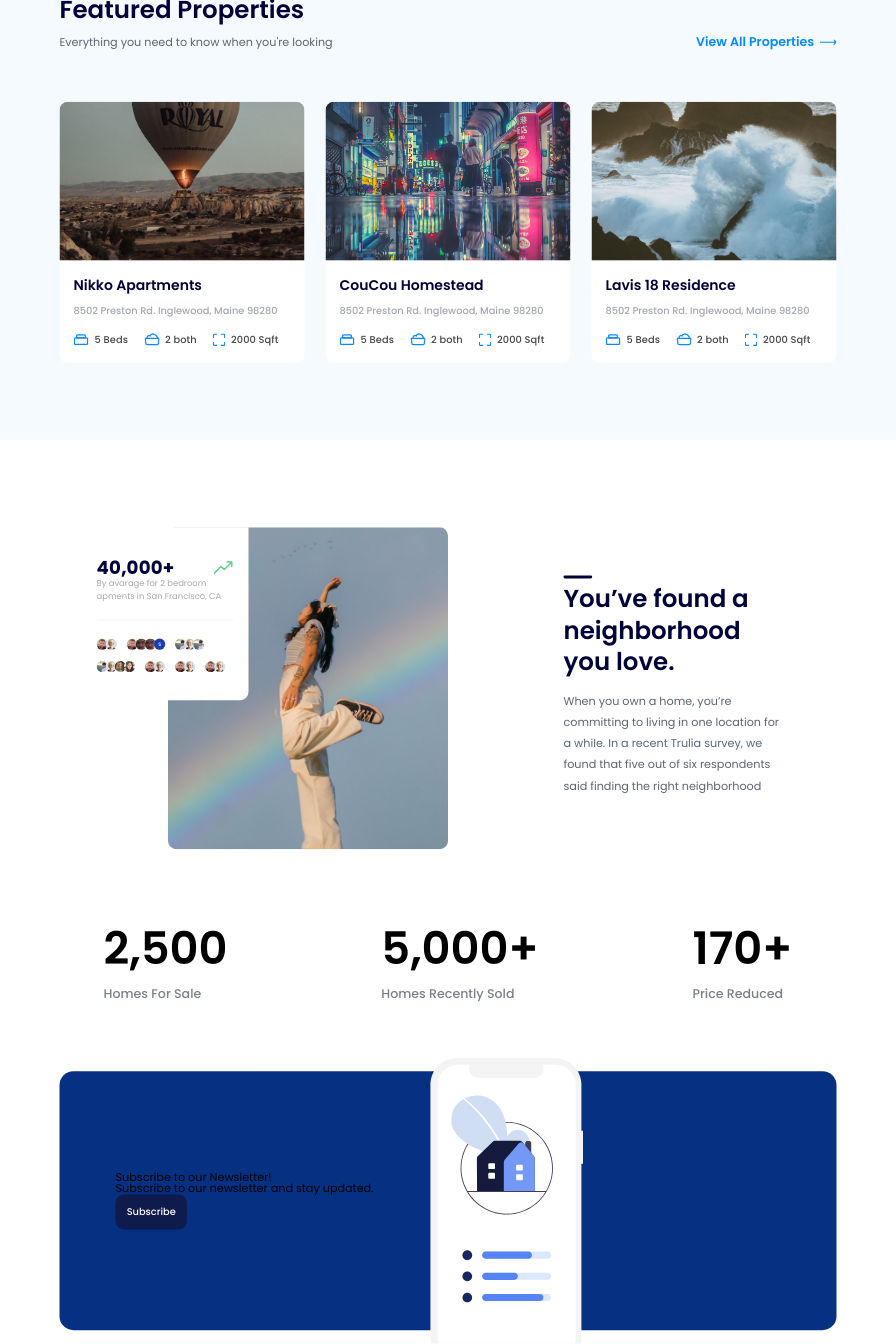
Repository: Tctiensk/f8-htmlcss-01
Page: index.html
The author's editor kept a copy of each file at every save. The page is drawn from the files as they stood at one save, then again after the next save.
The browser window is 1280 px wide. The pictures show the part of the page from y = 1885 to 3805 px (the page is 3805 px tall), at 70% of full size.

Above is the page before, as saved 2022-12-12 14:18:13.

### index.html
<!DOCTYPE html>
<html lang="en">
    <head>
        <meta charset="UTF-8" />
        <meta http-equiv="X-UA-Compatible" content="IE=edge" />
        <meta name="viewport" content="width=device-width, initial-scale=1.0" />
        <title>F8 PROJECT 01</title>
        <link rel="stylesheet" href="./assets/css/reset.css" />
        <link rel="stylesheet" href="./assets/fonts/stylesheet.css" />
        <link rel="stylesheet" href="./assets/css/style.css" />
    </head>

    <body>
        <main style="height: 3000px">
            <!-- header -->
            <header class="header">
                <div class="content">
                    <nav class="navbar">
                        <!-- logo -->
                        <img src="./assets/img/Logo.svg" alt="Besnik." />
                        <!-- navigation -->
                        <ul>
                            <li><a href="#!">Home</a></li>
                            <li><a href="#!">Features</a></li>
                            <li><a href="#!">Services</a></li>
                            <li><a href="#!">Resources</a></li>
                            <li><a href="#!">Contact</a></li>
                        </ul>

                        <!-- action -->
                        <div class="action">
                            <a href="" class="action-link">Sign in </a>
                            <a href="" class="btn action-btn">Sign up </a>
                        </div>
                    </nav>

                    <div class="hero">
                        <div class="info">
                            <p class="sub-title">Welcome to Besnik Agency</p>
                            <h1 class="title">
                                Discover a place you'll love to live.
                            </h1>
                            <p class="desc">
                                Get the best real estate deals first, before
                                they hit the mass market! HOT FORECLOSURE DEALS
                                with one simple search.
                            </p>
                            <a href="#!" class="btn hero-cta">More About Us</a>
                        </div>
                        <img
                            src="./assets/img/house illustration.svg"
                            alt="Discover a place you'll love to live."
                            class="hero-img"
                        />
                    </div>
                </div>
            </header>
            <div class="clients">
                <div class="content">
                    <div class="row">
                        <!-- logo -->
                        <img src="./assets/img/Logo.svg" alt="Besnik." />

                        <!-- Stars -->
                        <div class="stars">
                            <img src="./assets/img/Vector.svg" alt="Star" />
                            <img src="./assets/img/Vector.svg" alt="Star" />
                            <img src="./assets/img/Vector.svg" alt="Star" />
                            <img src="./assets/img/Vector.svg" alt="Star" />
                            <img src="./assets/img/Vector.svg" alt="Star" />
                        </div>
                    </div>
                    <div class="row row-desc">
                        <p class="desc">
                            More than 45,000+ companies trust besnik
                        </p>
                        <p class="desc">5 Star Ratings (2k+ Review)</p>
                    </div>
                    <div class="images">
                        <img src="./assets/img/logo2.svg" alt="MeUndies" />
                        <img src="./assets/img/slack.svg" alt="slack" />
                        <img src="./assets/img/Union.svg" alt="amazon" />
                        <img src="./assets/img/commerce.svg" alt="commerce" />
                        <img src="./assets/img/sitepoint.svg" alt="sitepoint" />
                    </div>
                </div>
            </div>
            <!-- Guides -->
            <div class="guides">
                <div class="content">
                    <h2 class="sub-title">How its works?</h2>
                    <p class="desc">
                        Everything you need to know when you're looking to buy,
                        rent, or sell - all in one place.
                    </p>

                    <!-- === list guides ===== -->
                    <ul class="list-guides">
                        <li class="guide-item">
                            <img
                                src="./assets/img/bier.svg"
                                alt="buyer"
                                class="icon"
                            />
                            <h3 class="title">Buyer Guides</h3>
                            <a href="#!" class="link">
                                <span>How to buy</span>
                                <img
                                    src="./assets/img/arow.svg"
                                    alt="arrow right"
                                    class="arrow"
                                />
                            </a>
                        </li>
                        <li class="guide-item">
                            <img
                                src="./assets/img/render.svg"
                                alt="Renter Guides"
                                class="icon"
                            />
                            <h3 class="title">Renter Guides</h3>
                            <a href="#!" class="link">
                                <span>How to rent</span>
                                <img
                                    src="./assets/img/arow.svg"
                                    alt="arrow right"
                                    class="arrow"
                                />
                            </a>
                        </li>
                        <li class="guide-item">
                            <img
                                src="./assets/img/home.svg"
                                alt="Seller Guides"
                                class="icon"
                            />
                            <h3 class="title">Seller Guides</h3>
                            <a href="#!" class="link">
                                <span>How to sell</span>
                                <img
                                    src="./assets/img/arow.svg"
                                    alt="arrow right"
                                    class="arrow"
                                />
                            </a>
                        </li>
                    </ul>

                    <div class="guides-cta">
                        <a href="#!" class="btn">Sell Full Guidelines</a>
                    </div>
                </div>
            </div>

            <!-- ==== featured ===== -->
            <div class="featured">
                <div class="content">
                    <header>
                        <h2 class="sub-title">Featured Properties</h2>
                        <div class="row">
                            <p class="desc">
                                Everything you need to know when you're looking
                            </p>
                            <a href="#!" class="link">
                                <span>View All Properties</span>
                                <img
                                    src="./assets/img/arow.svg"
                                    alt="arrow right"
                                    class="arrow"
                                />
                            </a>
                        </div>
                    </header>

                    <div class="list">
                        <!-- ==== featured-1 ===== -->
                        <div class="item">
                            <a href="#!">
                                <img
                                    src="./assets/img/mesut-cicen-fzzh7qhUOMI-unsplash.jpg"
                                    alt="Nikko Apartments"
                                    class="thumb"
                                />
                            </a>
                            <div class="body">
                                <h3 class="title">
                                    <a href="#!">Nikko Apartments</a>
                                </h3>
                                <p class="desc">
                                    8502 Preston Rd. Inglewood, Maine 98280
                                </p>
                                <div class="info">
                                    <img
                                        src="./assets/img/icon-1.svg"
                                        alt=""
                                        class="icon"
                                    />
                                    <span class="lable">5 Beds</span>
                                    <img
                                        src="./assets/img/icon-2.svg"
                                        alt=""
                                        class="icon"
                                    />
                                    <span class="lable">2 both</span>
                                    <img
                                        src="./assets/img/icon-3.svg"
                                        alt=""
                                        class="icon"
                                    />
                                    <span class="lable">2000 Sqft</span>
                                </div>
                            </div>
                        </div>
                        <!-- ==== featured-2 ===== -->
                        <div class="item">
                            <a href="#!">
                                <img
                                    src="./assets/img/size-2.jpg"
                                    alt="CouCou Homestead"
                                    class="thumb"
                                />
                            </a>
                            <div class="body">
                                <h3 class="title">
                                    <a href="#!">CouCou Homestead</a>
                                </h3>
                                <p class="desc">
                                    8502 Preston Rd. Inglewood, Maine 98280
                                </p>
                                <div class="info">
                                    <img
                                        src="./assets/img/icon-1.svg"
                                        alt=""
                                        class="icon"
                                    />
                                    <span class="lable">5 Beds</span>
                                    <img
                                        src="./assets/img/icon-2.svg"
                                        alt=""
                                        class="icon"
                                    />
                                    <span class="lable">2 both</span>
                                    <img
                                        src="./assets/img/icon-3.svg"
                                        alt=""
                                        class="icon"
                                    />
                                    <span class="lable">2000 Sqft</span>
                                </div>
                            </div>
                        </div>
                        <!-- ==== featured-3 ===== -->
                        <div class="item">
                            <a href="#!">
                                <img
                                    src="./assets/img/size-3.jpg"
                                    alt="Lavis 18 Residence"
                                    class="thumb"
                                />
                            </a>
                            <div class="body">
                                <h3 class="title">
                                    <a href="#!" class="line-clamp"
                                        >Lavis 18 Residence</a
                                    >
                                </h3>
                                <p class="desc line-clamp">
                                    8502 Preston Rd. Inglewood, Maine 98280
                                </p>
                                <div class="info">
                                    <img
                                        src="./assets/img/icon-1.svg"
                                        alt=""
                                        class="icon"
                                    />
                                    <span class="lable">5 Beds</span>
                                    <img
                                        src="./assets/img/icon-2.svg"
                                        alt=""
                                        class="icon"
                                    />
                                    <span class="lable">2 both</span>
                                    <img
                                        src="./assets/img/icon-3.svg"
                                        alt=""
                                        class="icon"
                                    />
                                    <span class="lable">2000 Sqft</span>
                                </div>
                            </div>
                        </div>
                    </div>
                </div>
            </div>

            <!-- stats -->
            <div class="stats">
                <div class="content">
                    <div class="row">
                        <div class="img-block">
                            <img
                                class="image"
                                src="./assets/img/img1.jpg"
                                alt="You’ve found a neighborhood you love."
                            />

                            <!-- ==trend=== -->
                            <div class="stats-trend">
                                <div class="row">
                                    <strong class="value">40,000+</strong>
                                    <img
                                        src="./assets/img/row.svg"
                                        alt=""
                                        class="icon"
                                    />
                                </div>
                                <p class="desc">
                                    By avarage for 2 bedroom apments in San
                                    Francisco, CA
                                </p>
                                <div class="separate"></div>
                                <div class="avatar-block">
                                    <div class="avatar-group">
                                        <img
                                            src="./assets/img/avatar-1.jpg"
                                            alt=""
                                            class="avatar"
                                        />
                                        <img
                                            src="./assets/img/avatar-2.jpg"
                                            alt=""
                                            class="avatar"
                                        />
                                    </div>
                                    <div class="avatar-group">
                                        <img
                                            src="./assets/img/avatar-1.jpg"
                                            alt=""
                                            class="avatar"
                                        />
                                        <img
                                            src="./assets/img/linkku.jpg"
                                            alt=""
                                            class="avatar"
                                        />
                                        <img
                                            src="./assets/img/linkku.jpg"
                                            alt=""
                                            class="avatar"
                                        />

                                        <div class="avatar avatar-1">S</div>
                                    </div>
                                    <div class="avatar-group">
                                        <img
                                            src="./assets/img/datku.jpg"
                                            alt=""
                                            class="avatar"
                                        />
                                        <img
                                            src="./assets/img/avatar-2.jpg"
                                            alt=""
                                            class="avatar"
                                        />
                                        <img
                                            src="./assets/img/datku.jpg"
                                            alt=""
                                            class="avatar"
                                        />
                                    </div>
                                    <div class="avatar-group">
                                        <img
                                            src="./assets/img/datku.jpg"
                                            alt=""
                                            class="avatar"
                                        />
                                        <img
                                            src="./assets/img/avatar-2.jpg"
                                            alt=""
                                            class="avatar"
                                        />
                                        <img
                                            src="./assets/img/avatar--5.jpg"
                                            alt=""
                                            class="avatar"
                                        />
                                        <img
                                            src="./assets/img/avatar-6.jpg"
                                            alt=""
                                            class="avatar"
                                        />
                                    </div>
                                    <div class="avatar-group">
                                        <img
                                            src="./assets/img/avatar-1.jpg"
                                            alt=""
                                            class="avatar"
                                        />
                                        <img
                                            src="./assets/img/avatar-2.jpg"
                                            alt=""
                                            class="avatar"
                                        />
                                    </div>
                                    <div class="avatar-group">
                                        <img
                                            src="./assets/img/avatar-1.jpg"
                                            alt=""
                                            class="avatar"
                                        />
                                        <img
                                            src="./assets/img/avatar-2.jpg"
                                            alt=""
                                            class="avatar"
                                        />
                                    </div>
                                    <div class="avatar-group">
                                        <img
                                            src="./assets/img/avatar-1.jpg"
                                            alt=""
                                            class="avatar"
                                        />
                                        <img
                                            src="./assets/img/avatar-2.jpg"
                                            alt=""
                                            class="avatar"
                                        />
                                    </div>
                                </div>
                            </div>
                        </div>
                        <div class="info">
                            <h2 class="sub-title">
                                You’ve found a neighborhood you love.
                            </h2>
                            <p class="desc">
                                When you own a home, you’re committing to living
                                in one location for a while. In a recent Trulia
                                survey, we found that five out of six
                                respondents said finding the right neighborhood
                            </p>
                        </div>
                    </div>
                    <div class="row row-qty">
                        <div class="qty-item">
                            <strong class="qty">2,500</strong>
                            <p class="qty-desc">Homes For Sale</p>
                        </div>
                        <div class="qty-item">
                            <strong class="qty">5,000+</strong>
                            <p class="qty-desc">Homes Recently Sold</p>
                        </div>
                        <div class="qty-item">
                            <strong class="qty">170+</strong>
                            <p class="qty-desc">Price Reduced</p>
                        </div>
                    </div>
                </div>
            </div>
            <!-- Subscription -->
            <div class="subscription">
                <div class="content">
                    <div class="body">
                        <div class="info">
                            <h2 class="sub-tittle">
                                Subscribe to our Newsletter!
                            </h2>
                            <p class="desc">
                                Subscribe to our newsletter and stay updated.
                            </p>
                            <a href="#!" class="btn">Subscribe</a>
                        </div>
                        <img
                            src="./assets/img/img-sub.svg"
                            alt="Subscribe to our Newsletter!"
                            class="immage"
                        />
                    </div>
                </div>
            </div>
        </main>
    </body>
</html>

Loaded but not shown: assets/css/reset.css (common file); assets/css/style.css (457 lines, source omitted); assets/fonts/stylesheet.css (160 lines, source omitted)

After the next save:
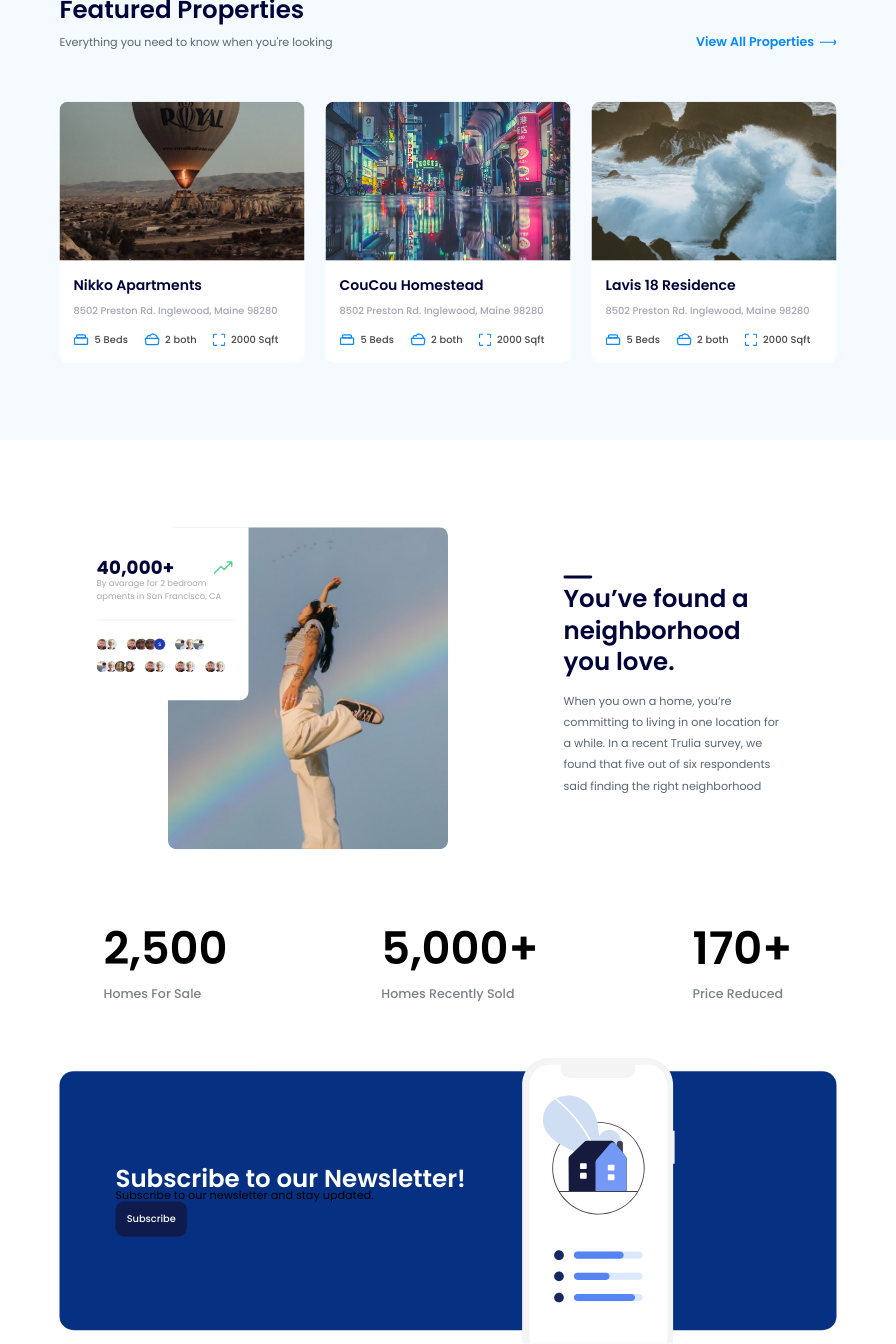
Saved 12 s later.
--- a/index.html
+++ b/index.html
@@ -462,7 +462,7 @@
                 <div class="content">
                     <div class="body">
                         <div class="info">
-                            <h2 class="sub-tittle">
+                            <h2 class="sub-title">
                                 Subscribe to our Newsletter!
                             </h2>
                             <p class="desc">
